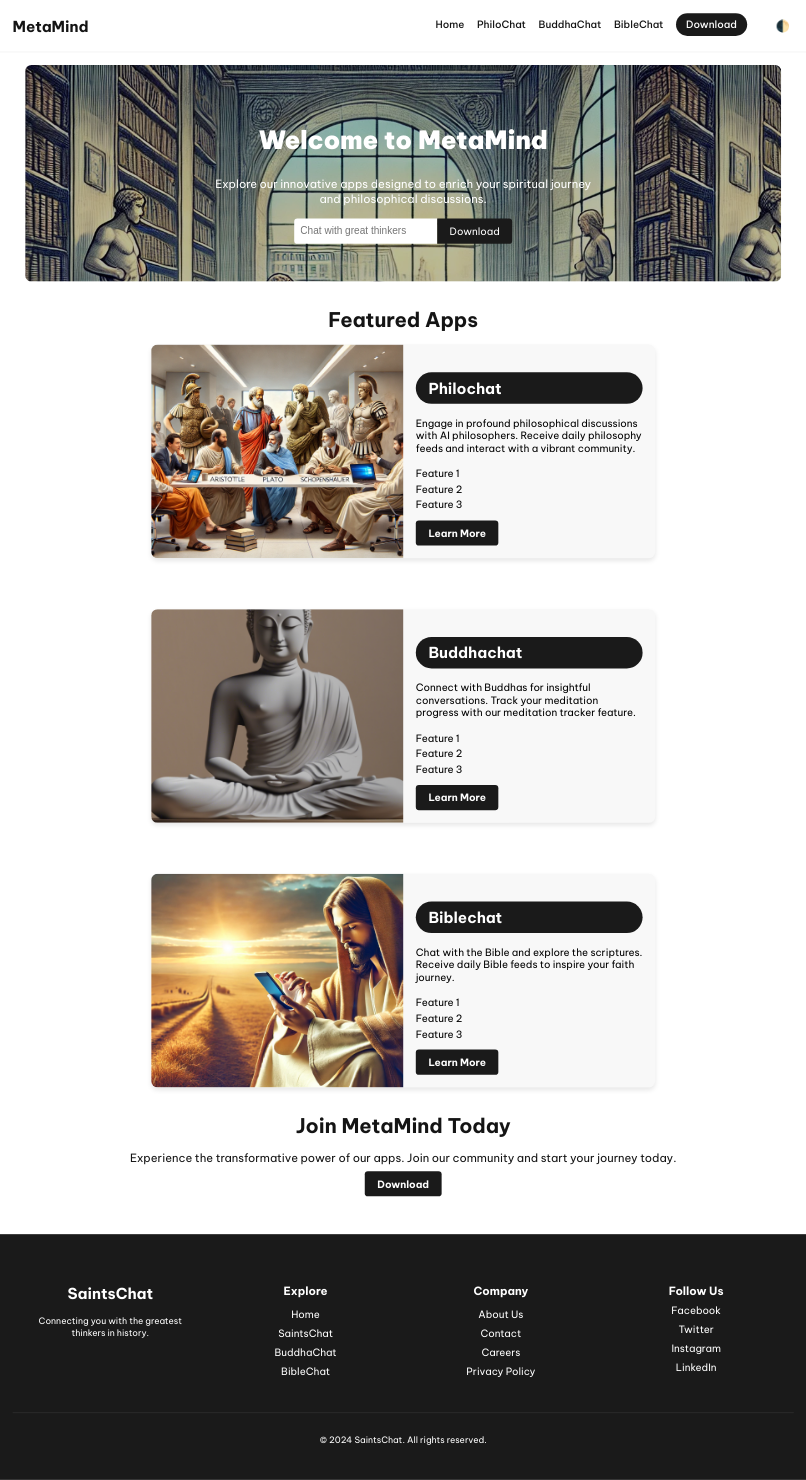
Repository: HSfac/EthosMindWeb
Page: /
An editor plug-in stored every save of this project. The page is shown before and after the next save, followed by the edit.
The browser window is 1280 px wide. The pictures show the whole page, at 63% of full size.
The project was rebuilt for these pictures with package versions that can differ from the ones it lists, and the page was loaded fresh each time. Also part of the build but not shown: src/pages/SaintsChat.css, src/pages/SaintsChat.jsx, src/pages/BuddhaChat.css, src/pages/BuddhaChat.jsx, src/pages/BibleChat.css, src/pages/BibleChat.jsx, src/pages/Download.css, src/pages/Download.jsx.

Above is the page before, as saved 2024-07-21 22:05:06.

### src/index.css
@import url('https://fonts.googleapis.com/css2?display=swap&family=Be+Vietnam+Pro:wght@400;500;700;900&family=Noto+Sans:wght@400;500;700;900');

body {
  font-family: "Be Vietnam Pro", "Noto Sans", sans-serif;
  margin: 0;
  padding: 0;
  box-sizing: border-box;
}

### src/App.jsx
import React from 'react';
import { BrowserRouter as Router, Route, Routes } from 'react-router-dom';
import Home from './pages/Home.jsx';
import SaintsChat from './pages/SaintsChat.jsx';
import BuddhaChat from './pages/BuddhaChat.jsx';
import BibleChat from './pages/BibleChat.jsx';
import Download from './pages/Download.jsx'; // Download 페이지를 추가합니다.
import Header from './components/Header.jsx';
import Footer from './components/Footer.jsx';

function App() {
  return (
    <Router>
      <Header />
      <Routes>
        <Route path="/" element={<Home />} />
        <Route path="/saintschat" element={<SaintsChat />} />
        <Route path="/buddhachats" element={<BuddhaChat />} />
        <Route path="/biblechats" element={<BibleChat />} />
        <Route path="/download" element={<Download />} /> {/* Download 페이지를 추가합니다. */}
      </Routes>
      <Footer />
    </Router>
  );
}

export default App;

### src/pages/Home.jsx
import React from 'react';
import './Home.css';
import { Link } from 'react-router-dom';
import heroImage from '../assets/images/hero-image.png';
import philochatScreenshot from '../assets/images/ph-image-dl.png';
import buddhachatScreenshot from '../assets/images/buddha-hero-image.png';
import biblechatScreenshot from '../assets/images/jesus-image-dl.png';

function Home() {
  return (
    <main className="home-main">
      {/* Hero Section */}
      <section className="home-hero" style={{ backgroundImage: `url(${heroImage})` }}>
        <div className="home-hero-content">
          <h1 className="home-hero-title">Welcome to MetaMind</h1>
          <p className="home-hero-description">Explore our innovative apps designed to enrich your spiritual journey and philosophical discussions.</p>
          <div className="home-hero-search">
            <input type="text" placeholder="Chat with great thinkers" />
            <Link to="/download" className="home-hero-button">Download</Link>
          </div>
        </div>
      </section>

      {/* App Introduction Section */}
      <section id="home-app-introduction" className="home-app-introduction">
        <h2 className="home-section-title">Featured Apps</h2>
        <div className="home-app-cards">
          <div className="home-app-card">
            <div className="home-app-image-container">
              <img src={philochatScreenshot} alt="Philochat App Screenshot" className="home-app-image" />
            </div>
            <div className="home-app-info">
              <h3 className="home-app-title">Philochat</h3>
              <p className="home-app-description">Engage in profound philosophical discussions with AI philosophers. Receive daily philosophy feeds and interact with a vibrant community.</p>
              <ul className="home-app-features">
                <li>Feature 1</li>
                <li>Feature 2</li>
                <li>Feature 3</li>
              </ul>
              <Link to="/saintschat" className="home-learn-more-button" onClick={() => window.scrollTo(0, 0)}>Learn More</Link>
            </div>
          </div>
          <hr className="home-divider" />

          <div className="home-app-card">
            <div className="home-app-image-container">
              <img src={buddhachatScreenshot} alt="Buddhachat App Screenshot" className="home-app-image" />
            </div>
            <div className="home-app-info">
              <h3 className="home-app-title">Buddhachat</h3>
              <p className="home-app-description">Connect with Buddhas for insightful conversations. Track your meditation progress with our meditation tracker feature.</p>
              <ul className="home-app-features">
                <li>Feature 1</li>
                <li>Feature 2</li>
                <li>Feature 3</li>
              </ul>
              <Link to="/buddhachats" className="home-learn-more-button" onClick={() => window.scrollTo(0, 0)}>Learn More</Link>
            </div>
          </div>
          <hr className="home-divider" />

          <div className="home-app-card">
            <div className="home-app-image-container">
              <img src={biblechatScreenshot} alt="Biblechat App Screenshot" className="home-app-image" />
            </div>
            <div className="home-app-info">
              <h3 className="home-app-title">Biblechat</h3>
              <p className="home-app-description">Chat with the Bible and explore the scriptures. Receive daily Bible feeds to inspire your faith journey.</p>
              <ul className="home-app-features">
                <li>Feature 1</li>
                <li>Feature 2</li>
                <li>Feature 3</li>
              </ul>
              <Link to="/biblechats" className="home-learn-more-button" onClick={() => window.scrollTo(0, 0)}>Learn More</Link>
            </div>
          </div>
        </div>
      </section>

      {/* Call to Action Section */}
      <section className="home-cta-section">
        <h2 className="home-cta-title">Join MetaMind Today</h2>
        <p className="home-cta-description">Experience the transformative power of our apps. Join our community and start your journey today.</p>
        <div className="home-cta-buttons">
          <Link to="/download" className="home-cta-button">Download</Link>
        </div>
      </section>
    </main>
  );
}

export default Home;

### src/components/Header.jsx
import React from 'react';
import { Link } from 'react-router-dom';
import './Header.css';

function Header() {
  return (
    <header className="header">
      <h1 className="header-title">MetaMind</h1>
      <nav className="nav">
        <ul className="nav-list">
          <li className="nav-item"><Link to="/">Home</Link></li>
          <li className="nav-item"><Link to="/saintschat">PhiloChat</Link></li>
          <li className="nav-item"><Link to="/buddhachats">BuddhaChat</Link></li>
          <li className="nav-item"><Link to="/biblechats">BibleChat</Link></li>
          <li className="nav-item header-download-button"><Link to="/download">Download</Link></li>
          <li className="nav-item"><button className="toggle-button" onClick={() => document.body.classList.toggle('dark-mode')}>🌓</button></li>
        </ul>
      </nav>
    </header>
  );
}

export default Header;

### src/components/Footer.jsx
import React from 'react';
import { Link } from 'react-router-dom';
import './Footer.css';

function Footer() {
  return (
    <footer className="footer">
      <div className="footer-content">
        <div className="footer-section">
          <h2 className="footer-title">SaintsChat</h2>
          <p className="footer-description">Connecting you with the greatest thinkers in history.</p>
        </div>
        <div className="footer-section">
          <h3 className="footer-subtitle">Explore</h3>
          <ul className="footer-links">
            <li><Link to="/">Home</Link></li>
            <li><Link to="/saintschat">SaintsChat</Link></li>
            <li><Link to="/buddhachats">BuddhaChat</Link></li>
            <li><Link to="/biblechats">BibleChat</Link></li>
          </ul>
        </div>
        <div className="footer-section">
          <h3 className="footer-subtitle">Company</h3>
          <ul className="footer-links">
            <li><Link to="/about">About Us</Link></li>
            <li><Link to="/contact">Contact</Link></li>
            <li><Link to="/careers">Careers</Link></li>
            <li><Link to="/privacy">Privacy Policy</Link></li>
          </ul>
        </div>
        <div className="footer-section">
          <h3 className="footer-subtitle">Follow Us</h3>
          <div className="footer-social">
            <a href="https://facebook.com" target="_blank" rel="noopener noreferrer">Facebook</a>
            <a href="https://twitter.com" target="_blank" rel="noopener noreferrer">Twitter</a>
            <a href="https://instagram.com" target="_blank" rel="noopener noreferrer">Instagram</a>
            <a href="https://linkedin.com" target="_blank" rel="noopener noreferrer">LinkedIn</a>
          </div>
        </div>
      </div>
      <div className="footer-bottom">
        <p>&copy; 2024 SaintsChat. All rights reserved.</p>
      </div>
    </footer>
  );
}

export default Footer;

### src/pages/Home.css
.home-main {
  padding: 20px 40px;
}

.home-hero {
  background: linear-gradient(rgba(0, 0, 0, 0.1) 0%, rgba(0, 0, 0, 0.4) 100%), center/cover no-repeat;
  color: #ffffff;
  text-align: center;
  padding: 60px 20px;
  border-radius: 10px;
  margin-bottom: 40px;
}

.home-hero-content {
  max-width: 600px;
  margin: 0 auto;
}

.home-hero-title {
  font-size: 40px;
  font-weight: 900;
}

.home-hero-description {
  font-size: 18px;
  margin: 10px 0;
}

.home-hero-search {
  display: flex;
  justify-content: center;
  margin-top: 20px;
}

.home-hero-search input {
  padding: 10px;
  font-size: 16px;
  border: none;
  border-radius: 5px 0 0 5px;
  outline: none;
}

.home-hero-button {
  padding: 10px 20px;
  font-size: 16px;
  border: none;
  background-color: #1a1a1a;
  color: #ffffff;
  border-radius: 0 5px 5px 0;
  cursor: pointer;
  text-decoration: none;
}

.home-hero-button:hover {
  background-color: #333333;
  transform: scale(1.05);
  transition: background-color 0.3s, transform 0.3s;
}

.home-app-introduction {
  margin: 40px 0;
}

.home-section-title {
  font-size: 32px;
  font-weight: bold;
  text-align: center;
  margin-bottom: 20px;
}

.home-app-cards {
  display: flex;
  flex-direction: column;
  align-items: center;
  gap: 20px;
}

.home-app-card {
  display: flex;
  background-color: #f8f8f8;
  border-radius: 10px;
  box-shadow: 0 4px 8px rgba(0, 0, 0, 0.1);
  max-width: 800px;
  width: 100%;
  overflow: hidden;
}

.home-app-image-container {
  flex: 1;
  min-width: 50%;
}

.home-app-image {
  width: 100%;
  height: 100%;
  object-fit: cover;
}

.home-app-info {
  flex: 1;
  padding: 20px;
  display: flex;
  flex-direction: column;
  justify-content: center;
  color: black;
}

.home-app-title {
  font-size: 24px;
  font-weight: bold;
  background-color: #1a1a1a;
  color: #ffffff;
  padding: 10px 20px;
  border-radius: 50px;
  display: inline-block;
  margin-bottom: 10px;
  white-space: nowrap;
}

.home-app-description {
  font-size: 16px;
  margin: 10px 0;
  color: black;
}

.home-app-features {
  list-style: none;
  padding: 0;
  margin: 10px 0;
}

.home-app-features li {
  font-size: 16px;
  margin-bottom: 5px;
}

.home-learn-more-button {
  background-color: #1a1a1a;
  color: #ffffff;
  padding: 10px 20px;
  border: none;
  border-radius: 5px;
  cursor: pointer;
  font-size: 16px;
  font-weight: bold;
  text-decoration: none;
  align-self: flex-start;
  transition: background-color 0.3s, transform 0.3s;
}

.home-learn-more-button:hover {
  background-color: #333333;
  transform: scale(1.05);
}

.home-divider {
  border: 0;
  height: 1px;
  margin: 20px 0;
  background-color: rgba(0, 0, 0, 0.2);
}

.home-cta-section {
  margin: 40px 0;
  text-align: center;
}

.home-cta-title {
  font-size: 32px;
  font-weight: bold;
  margin-bottom: 20px;
}

.home-cta-description {
  font-size: 18px;
  margin: 10px 0;
}

.home-cta-buttons {
  display: flex;
  justify-content: center;
  gap: 10px;
}

.home-cta-button {
  background-color: #1a1a1a;
  color: #ffffff;
  padding: 10px 20px;
  border: none;
  border-radius: 5px;
  cursor: pointer;
  font-size: 16px;
  font-weight: bold;
  text-decoration: none;
  position: relative;
  transition: background-color 0.3s, transform 0.3s;
  overflow: hidden;
}

.home-cta-button::after {
  content: "";
  position: absolute;
  top: 50%;
  left: 50%;
  width: 300%;
  height: 300%;
  background: rgba(255, 255, 255, 0.15);
  opacity: 0;
  transform: translate(-50%, -50%) scale(0);
  transition: transform 0.5s, opacity 0.5s;
  border-radius: 50%;
}

.home-cta-button:hover::after {
  transform: translate(-50%, -50%) scale(1);
  opacity: 1;
}

@keyframes pop {
  0%, 100% {
    transform: scale(1);
  }
  50% {
    transform: scale(1.2);
  }
}

.home-cta-button:hover {
  background-color: #333333;
  animation: pop 0.6s ease-in-out infinite;
}

### src/components/Header.css
.header {
  display: flex;
  justify-content: space-between;
  align-items: center;
  padding: 10px 20px;
  border-bottom: 1px solid #ededed;
}

.header-title {
  font-size: 24px;
  font-weight: bold;
}

.nav {
  display: flex;
}

.nav-list {
  display: flex;
  list-style: none;
  margin: 0;
  padding: 0;
}

.nav-item {
  margin-left: 20px;
}

.nav-item a {
  text-decoration: none;
  color: var(--text-color);
  font-weight: 500;
}

.header-download-button a {
  padding: 8px 16px;
  border-radius: 20px;
  background-color: #1a1a1a;
  color: white;
}

.toggle-button {
  background: none;
  border: none;
  font-size: 18px;
  cursor: pointer;
  margin-left: 20px;
}

:root {
  --bg-color: white;
  --text-color: #141414;
}

.dark-mode {
  --bg-color: #141414;
  --text-color: white;
}

body {
  background-color: var(--bg-color);
  color: var(--text-color);
  transition: background-color 0.3s, color 0.3s;
}

### src/components/Footer.css
.footer {
  background-color: #1a1a1a;
  color: white;
  padding: 40px 20px;
  text-align: center;
}

.footer-content {
  display: flex;
  flex-wrap: wrap;
  justify-content: space-around;
  margin-bottom: 20px;
}

.footer-section {
  flex: 1;
  min-width: 200px;
  margin: 20px;
}

.footer-title {
  font-size: 24px;
  font-weight: bold;
}

.footer-description {
  font-size: 14px;
}

.footer-subtitle {
  font-size: 18px;
  font-weight: bold;
  margin-bottom: 10px;
}

.footer-links {
  list-style: none;
  padding: 0;
}

.footer-links li {
  margin-bottom: 10px;
}

.footer-links a {
  text-decoration: none;
  color: white;
}

.footer-social a {
  display: block;
  margin-bottom: 10px;
  text-decoration: none;
  color: white;
}

.footer-bottom {
  border-top: 1px solid #333;
  padding-top: 20px;
  font-size: 14px;
}

Loaded but not shown: public/index.html (common file); src/index.js (common file)

After the next save:
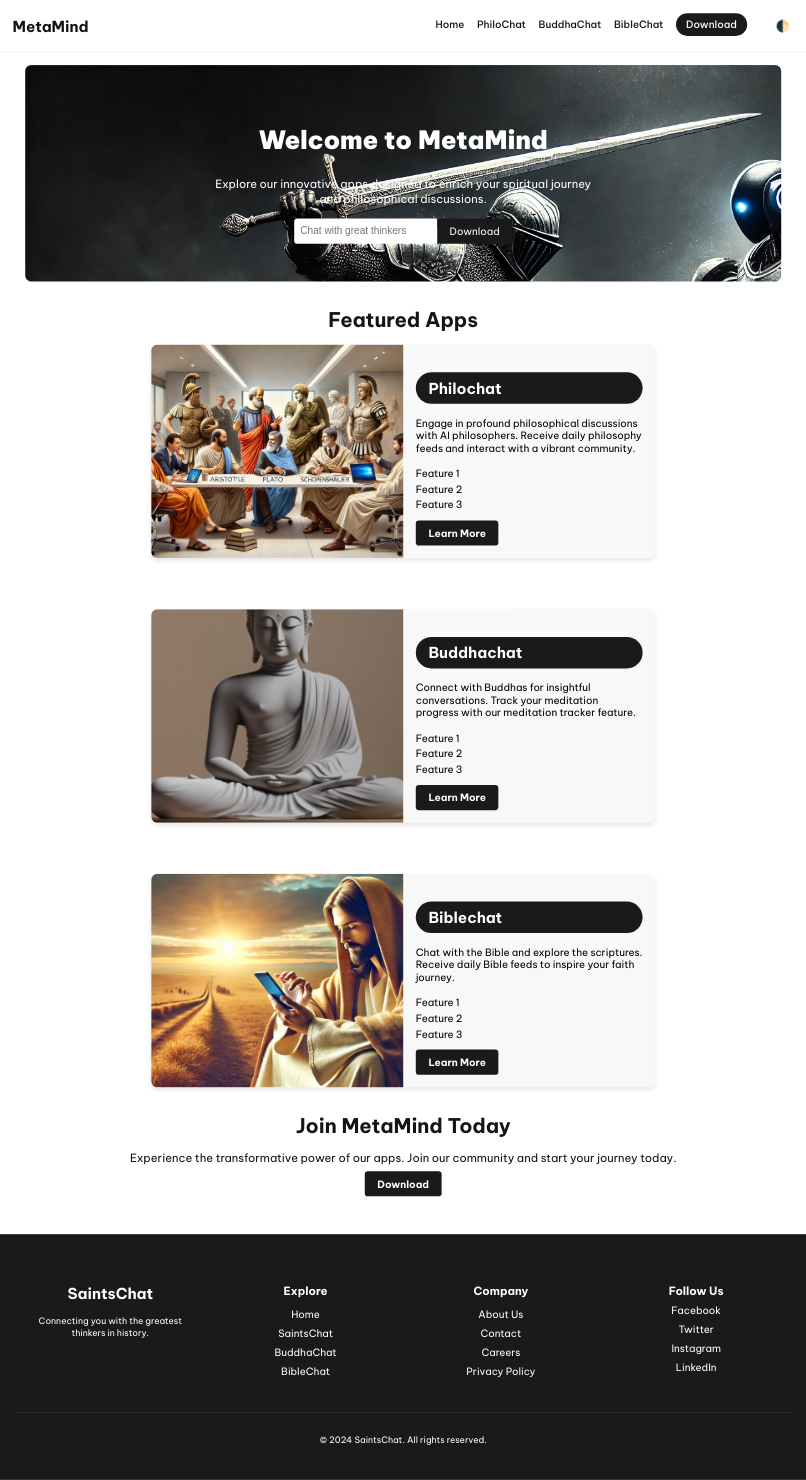
Saved 15 min 7 s later.
--- a/src/pages/Home.jsx
+++ b/src/pages/Home.jsx
@@ -1,7 +1,7 @@
 import React from 'react';
 import './Home.css';
 import { Link } from 'react-router-dom';
-import heroImage from '../assets/images/hero-image.png';
+import heroImage from '../assets/images/hero-image-land.png';
 import philochatScreenshot from '../assets/images/ph-image-dl.png';
 import buddhachatScreenshot from '../assets/images/buddha-hero-image.png';
 import biblechatScreenshot from '../assets/images/jesus-image-dl.png';
